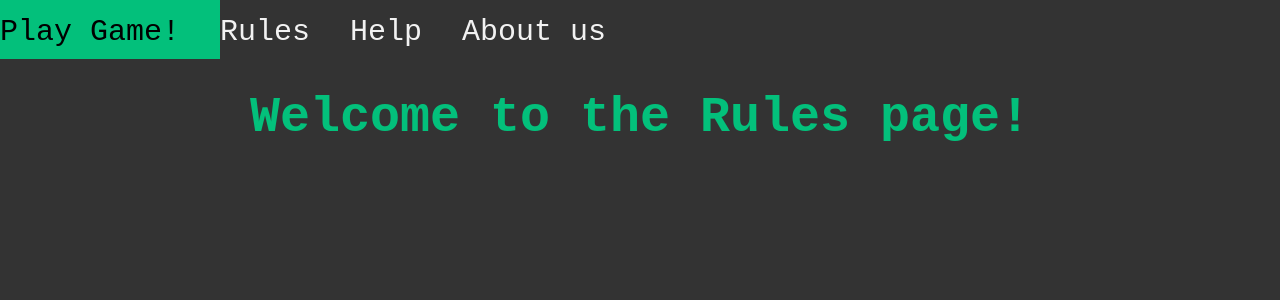
Repository: Ascendrospyder/rock-paper-scissors
Page: rulesPage.html
The author's editor kept a copy of each file at every save. The page is drawn from the files as they stood at one save, then again after the next save.
The browser window is 1280 px wide. The pictures show the whole page.

Above is the page before, as saved 2022-12-26 11:55:56.

### rulesPage.html
<!DOCTYPE html>
<html lang="en">
<head>
    <meta charset="UTF-8">
    <meta http-equiv="X-UA-Compatible" content="IE=edge">
    <meta name="viewport" content="width=device-width, initial-scale=1.0">
    <title>Rules</title>
    <link rel = "stylesheet" href="./css/style.css">
    <link rel = "stylesheet" href="./css/navbar.css">
</head>
<body>
    <nav>
        <div class = "nav-bar">
          <a class = "play-game" href = "app.html">Play Game!</a>
          <a class = "game-rules" href = "rulesPage.html">Rules</a>
          <a class = "help" href = "helpPage.html">Help</a>
          <a class = "about" href= "aboutPage.html">About us</a>
        </div>
      </nav>

    <div class = "title">
        <h1 class = "heading">Welcome to the Rules page!</h1>
    </div>
</body>
</html>

### css/style.css
/* The following code will remove the whitespace at the top of the browser */
* {
  margin: 0;
  padding: 0;
  border: 0;
  outline: 0;
  font-size: 100%;
  vertical-align: baseline;
  background: transparent;
}

body {
  background-color: #333;
}

.title {
  margin-bottom: 100px;
  display: flex;
  justify-content: center;
  align-items: center;
  margin-bottom: 300px;
}

.heading {
  font-size: 50px;
  color : #03c07b;
  font-family: 'Roboto Mono', monospace;
}

.multicoloured-text {
  background-image: linear-gradient(to left, violet, indigo, green, blue, red, orange, red);
  -webkit-background-clip: text;
  -moz-background-clip: text;
  background-clip: text;
  color: transparent;
}

.prompt {
  /* border : 2px solid black;  */
  display : flex;
  justify-content: flex-start;
  margin-bottom: 20px;
}

.prompt-message {
  font-size: 30px;
  color : #03c07b;
  font-family: 'Roboto Mono', monospace;
}
.results {
  border: 5px solid rgb(40, 40, 40);
  flex-wrap: wrap;
  display : flex;
  justify-content: space-between;
  margin-bottom: 15px;
}


.results > button {
  flex : 1 1 0;
  background-color: #333;
  color: white;
  font-size: 30px;
  font-family: 'Roboto Mono', monospace;
  transition: background-color 0.3s;
}

button {
  padding-top: 40px;
  padding-bottom: 40px;
}

button:hover {
  background-color: #03c07b;
  color: black;
}

### css/navbar.css
.nav-bar {
  /* border : 10px solid black;  */
  background-color : #333;
  overflow: hidden;
  margin-bottom: 30px;
  /* padding-left: 20px; */
}

.nav-bar a {
  font-family: 'Roboto Mono', monospace;
  text-decoration: none;
  float : left;
  color : #f2f2f2;
  text-align: center;
  font-size: 30px;
  padding-right: 40px;
  padding-top: 15px;
  padding-bottom: 10px;
  transition: background-color 0.8s;
}

.nav-bar a:hover {
  background-color: #03c07b;
  color: black;
}

.nav-bar a:active {
  background-color: #03c07b;
  color : white;
}

After the next save:
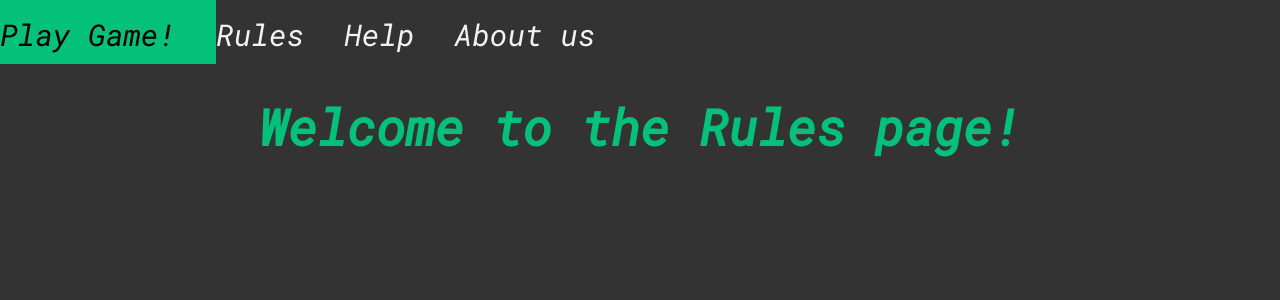
Saved 3 min 24 s later.
--- a/rulesPage.html
+++ b/rulesPage.html
@@ -5,6 +5,7 @@
     <meta http-equiv="X-UA-Compatible" content="IE=edge">
     <meta name="viewport" content="width=device-width, initial-scale=1.0">
     <title>Rules</title>
+    <link rel="preconnect" href="https://fonts.googleapis.com"><link rel="preconnect" href="https://fonts.gstatic.com" crossorigin><link href="https://fonts.googleapis.com/css2?family=Roboto+Mono:ital@1&display=swap" rel="stylesheet">
     <link rel = "stylesheet" href="./css/style.css">
     <link rel = "stylesheet" href="./css/navbar.css">
 </head>
